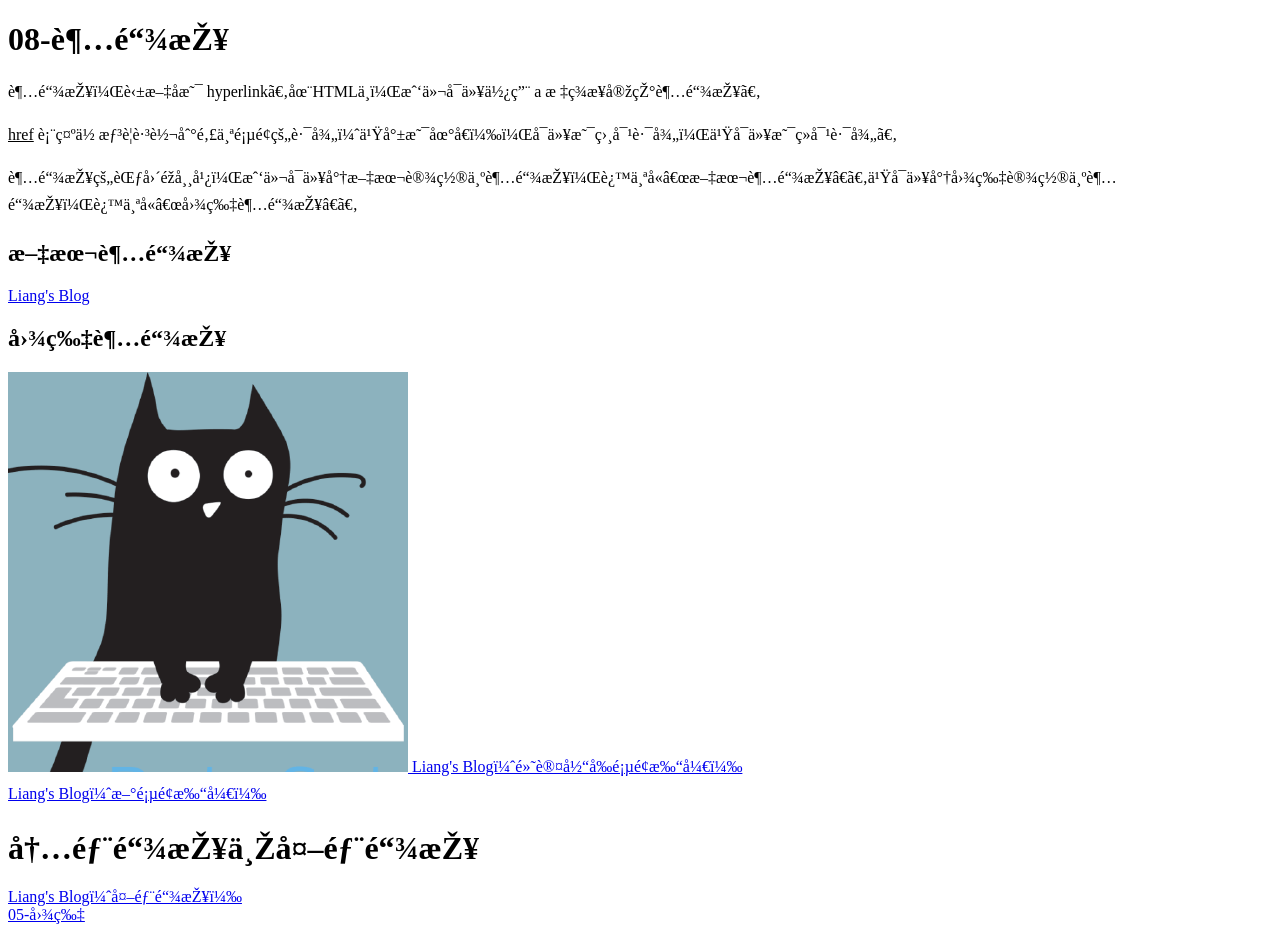
Repository: liang-n/front-end-basics
Page: 08-超链接.html
These files come from the project's save history. The page is drawn as it stood at one moment and after the next save; the edit follows.
The browser window is 1280 px wide. The pictures show the whole page.

Above is the page before, as saved 2022-05-15 13:30:32.

After the next save:
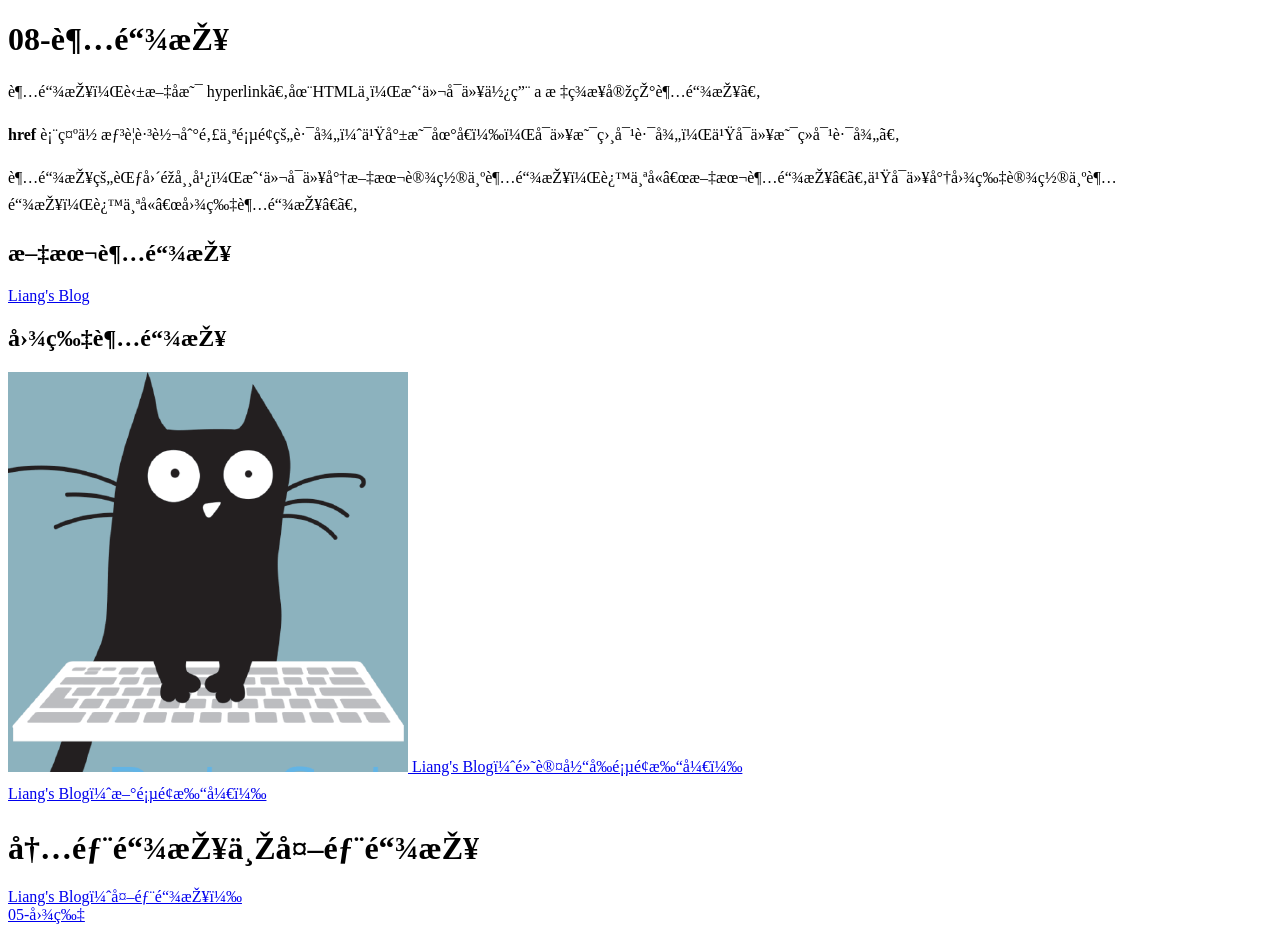
Saved 4 s later.
--- a/08-超链接.html
+++ b/08-超链接.html
@@ -10,7 +10,7 @@
     <div>
         <h1>08-超链接</h1>
         <p>超链接，英文名是 hyperlink。在HTML中，我们可以使用 a 标签来实现超链接。</p>
-        <p><u>href</u> 表示你想要跳转到那个页面的路径（也就是地址），可以是相对路径，也可以是绝对路径。</p>
+        <p><b>href</b> 表示你想要跳转到那个页面的路径（也就是地址），可以是相对路径，也可以是绝对路径。</p>
         <p>超链接的范围非常广，我们可以将文本设置为超链接，这个叫“文本超链接”。也可以将图片设置为超链接，这个叫“图片超链接”。</p>
         <h2>文本超链接</h2>
         <a href="https://liang-n.github.io/">Liang's Blog</a>

After the save that followed:
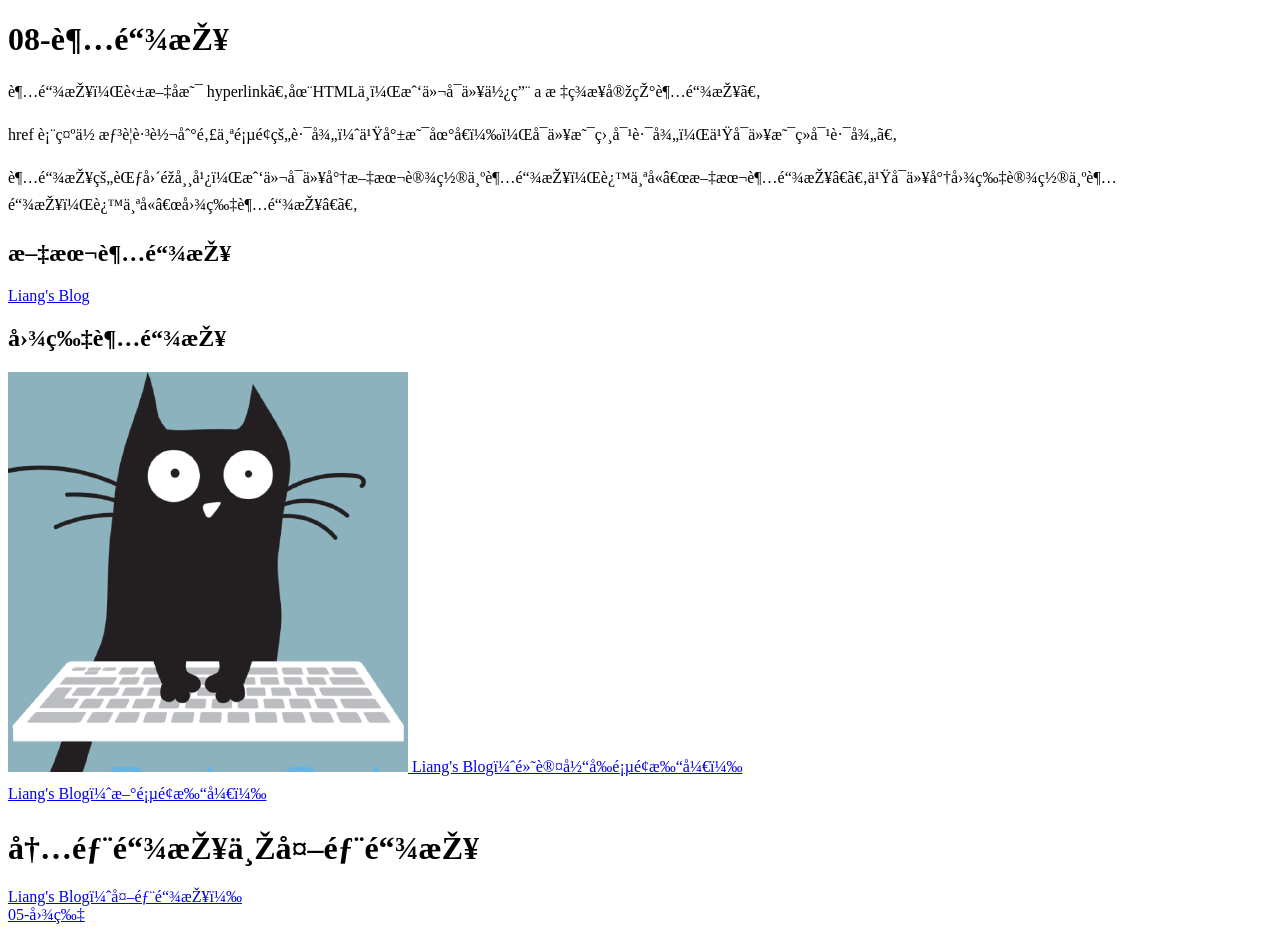
Saved 30 s later.
--- a/08-超链接.html
+++ b/08-超链接.html
@@ -10,7 +10,7 @@
     <div>
         <h1>08-超链接</h1>
         <p>超链接，英文名是 hyperlink。在HTML中，我们可以使用 a 标签来实现超链接。</p>
-        <p><b>href</b> 表示你想要跳转到那个页面的路径（也就是地址），可以是相对路径，也可以是绝对路径。</p>
+        <p>href 表示你想要跳转到那个页面的路径（也就是地址），可以是相对路径，也可以是绝对路径。</p>
         <p>超链接的范围非常广，我们可以将文本设置为超链接，这个叫“文本超链接”。也可以将图片设置为超链接，这个叫“图片超链接”。</p>
         <h2>文本超链接</h2>
         <a href="https://liang-n.github.io/">Liang's Blog</a>
